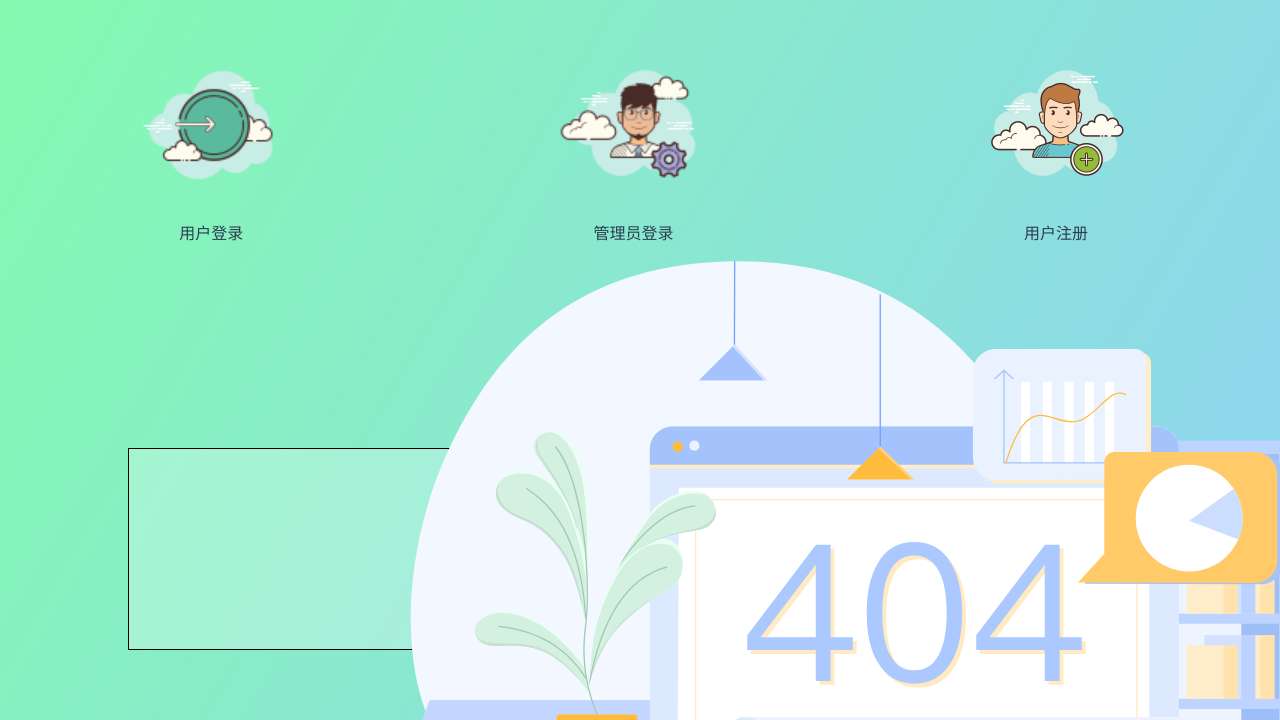
Repository: Akron-xz/helloVue
Page: / (app in vue-library/)
An editor plug-in stored every save of this project. The page is shown before and after a run of saves, followed by the edit.
The browser window is 1280 px wide. The pictures show the whole page.
The page's requests for data from a server got no answer. The project was rebuilt for these pictures with package versions that can differ from the ones it lists, and the page was loaded fresh each time. No one was signed in, and anything a server would have sent is missing.

Above is the page before, as saved 2020-11-24 09:04:25.

### vue-library/src/main.js
import Vue from 'vue'
import App from './App.vue'
import ElementUI from 'element-ui';
import 'element-ui/lib/theme-chalk/index.css';
import axios from "axios"
import router from './router'
import Router from 'vue-router'

const routerPush = Router.prototype.push
Router.prototype.push = function push(location) {
    return routerPush.call(this, location).catch(error => error)
}

Vue.config.productionTip = false
Vue.use(ElementUI);
Vue.prototype.$axios = axios;


new Vue({
    router,
    render: h => h(App)
}).$mount('#app')

### vue-library/src/router/index.js
import Vue from 'vue'
import VueRouter from 'vue-router'
import Home from '../views/Home.vue'


Vue.use(VueRouter)

const routes = [{
        path: '/',
        name: 'Home',
        component: Home
    },
    {
        path: '/about',
        name: 'About',
        // route level code-splitting
        // this generates a separate chunk (about.[hash].js) for this route
        // which is lazy-loaded when the route is visited.
        component: () =>
            import ( /* webpackChunkName: "about" */ '../views/About.vue')
    },
    {
        path: '/admin',
        name: 'Admin',
        // route level code-splitting
        // this generates a separate chunk (about.[hash].js) for this route
        // which is lazy-loaded when the route is visited.
        component: () =>
            import ( /* webpackChunkName: "about" */ '../views/Administrator.vue')
    },
    {
        path: "/userLogin",
        name: "UserLogin",
        component: () =>
            import ('../views/UserLogin.vue')
    },
    {
        path: "/user",
        name: "User",
        component: () =>
            import ( /* webpackChunkName: "about" */ '../views/User.vue')
    },
    {
        path: "/signup",
        name: "SignUp",
        component: () =>
            import ('../views/SignUp.vue')
    },
    {
        path: "/adminmain",
        name: "AdminMain",
        component: () =>
            import ('../views/AdminMain.vue')
    },
    {

        path: "/MyInformation",
        name: "MyInformation",
        component: () =>
            import ('../views/MyInformation.vue')
    },
    {
        path: "/library",
        name: "Library",
        component: () =>
            import ( /* webpackChunkName: "about" */ '../views/Library.vue')

    },
    {
        path: "/modifymsg",
        name: "ModifyMsg",
        component: () =>
            import ('../views/ModifyMsg.vue')
    },
    {
        path: "/borrowhistory",
        name: "BorrowHistory",
        component: () =>
            import ('../views/BorrowHistory.vue')
    },
    {
        path: "/newissue",
        name: "NewIssue",
        component: () =>
            import ('../views/NewIssue.vue')
    },
    {
        path: "/booksearch",
        name: "BookSearch",
        component: () =>
            import ('../views/BookSearch.vue')
    },
    {
        path: "/MyBookshelves",
        name: "MyBookshelves",
        component: () =>
            import ('../views/MyBookshelves.vue')
    },
    {
        path: "/modifyAnnounce",
        name: "ModifyAnnounce",
        component: () =>
            import ('../views/ModifyAnnounce.vue')
    },
    {
        path: "/statistics",
        name: "Statistics",
        component: () =>
            import ('../views/Statistics.vue')
    },


]

const router = new VueRouter({
    routes
})

export default router

### vue-library/src/views/Home.vue
<template>
  <div class="home-container">
    <div class="login box">
      <img src="/img/home/login.png" alt="" class="home-img" @click="toLogin" />
      <p class="logo-name" @click="toLogin">用户登录</p>
    </div>

    <div class="admin box">
      <img src="/img/home/admin.png" alt="" class="home-img" @click="toAdmin" />
      <p class="logo-name" @click="toAdmin">管理员登录</p>
    </div>

    <div class="signup box">
      <img
        src="/img/home/signup.png"
        alt=""
        class="home-img"
        @click="toSignUp"
      />
      <p class="logo-name" @click="toSignUp">用户注册</p>
    </div>

    <div class="announce-box">
      <h1>图书馆公告:</h1>
      <p>{{ announceContent }}</p>
    </div>
    <div class="img">
      <img src="/img/anoncementImg.svg" alt="" class="anoncementImg">
    </div>
  </div>
</template>>


<script>
import axios from "axios";
export default {
  data() {
    return {
      announceTime: "",
      announceContent: "",
      permission: false,
    };
  },
  methods: {
    getAnnounce() {
      axios({
        method: "get",
        url: "http://localhost:8081/announce/list",
      })
        .then((res) => {
          let announceContent = res.data.announceContent;
          this.announceContent = announceContent;
          console.log(announceContent);
        })
        .catch(function (error) {
          //请求失败
          console.log("error...", error);
        });
    },
    // 登录
    toLogin() {
      this.permission = true;
      this.$router.push({ path: "/UserLogin" });
    },
    // 管理员登录
    toAdmin() {
      this.permission = true;
      this.$router.push({ path: "/admin" });
    },
    // 注册账号
    toSignUp() {
      this.permission = true;
      this.$router.push({ path: "/signup" });
    },
  },
  created() {
    this.getAnnounce();
  },

  // 只有点击上面 用户登录 或 管理员登录 或 注册 才能跳转 (导航守卫)
  // beforeRouteLeave (to, from, next) {
  //   if (this.permission) {
  //     next();
  //   }else {
  //     next(false);
  //   }
  // }
};
</script>

<style  scoped>
.home-container {
  position: fixed;
  left: 0;
  top: 0;
  width: 100%;
  height: 100%;
  background-repeat: no-repeat;
  background-size: 100%;
  background-image: linear-gradient(120deg, #84fab0 0%, #8fd3f4 100%);
  text-align: center;
}

.home-img {

  width: 150px;
  height: 150px;
  margin-top: 50px;
  border-radius: 80px;
  cursor: pointer;
  transition: width 1s, height 1s, transform 1s;
}

.home-img:hover {
  width: 180px;
  height: 180px;
}

.logo-name:hover {
  cursor: pointer;
  color: blue;
}

.box {
  list-style-type: none;
  float: left;
  width: 33%;
}

.announce-box {
  position: absolute;
  bottom: 70px;
  left: 10%;
  height: 200px;
  width: 80%;
  background-color: #ffffff40;
  border: 1px solid black;
}

.announce-box h1 {
  margin-top: 0;
}

.img{
  margin-left: 100px;
  height: 100px;
  width: 1000px;
}
.anoncementImg{
  position: relative;
  margin-left: 300px;
  height: 580px;
  width: 1000px;
}



</style>>

Loaded but not shown: vue-library/public/index.html (common file); vue-library/src/App.vue (common file)

After the next 2 saves:
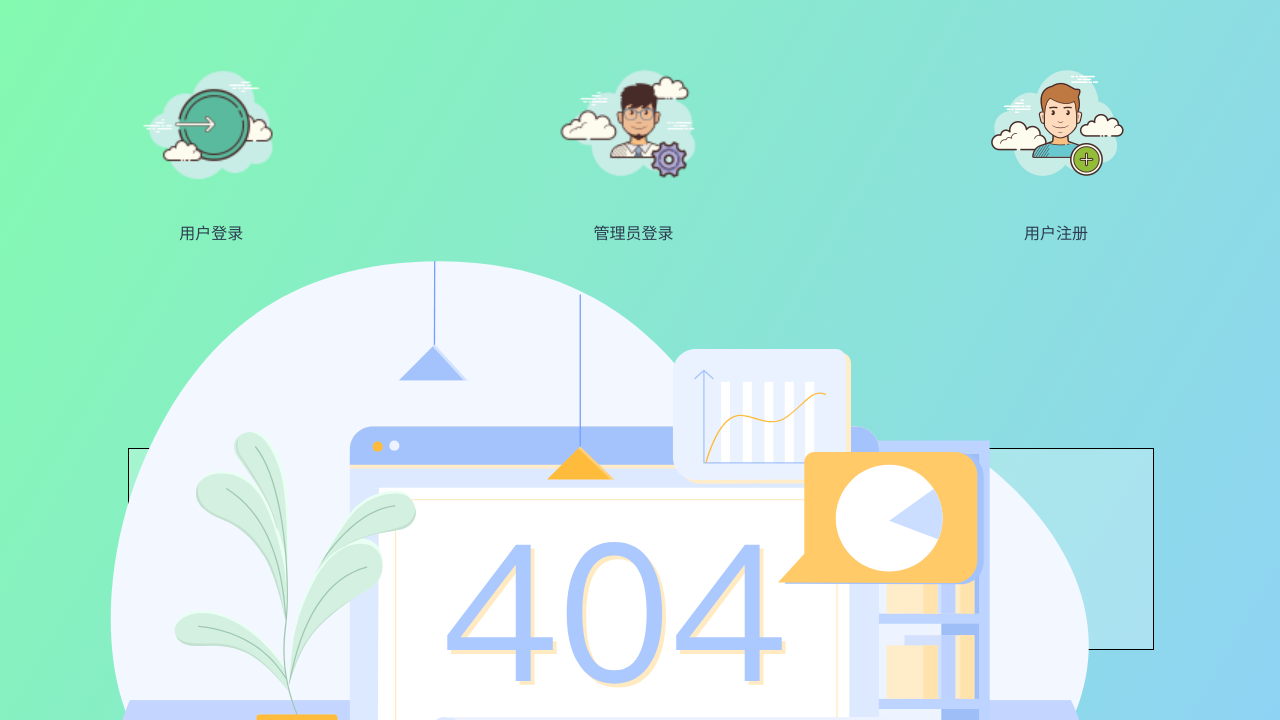
The 2 saves are shown as one change because they came seconds apart.
The last was saved 13 s later.
--- a/vue-library/src/views/Home.vue
+++ b/vue-library/src/views/Home.vue
@@ -148,7 +148,6 @@ export default {
 }
 .anoncementImg{
   position: relative;
-  margin-left: 300px;
   height: 580px;
   width: 1000px;
 }
